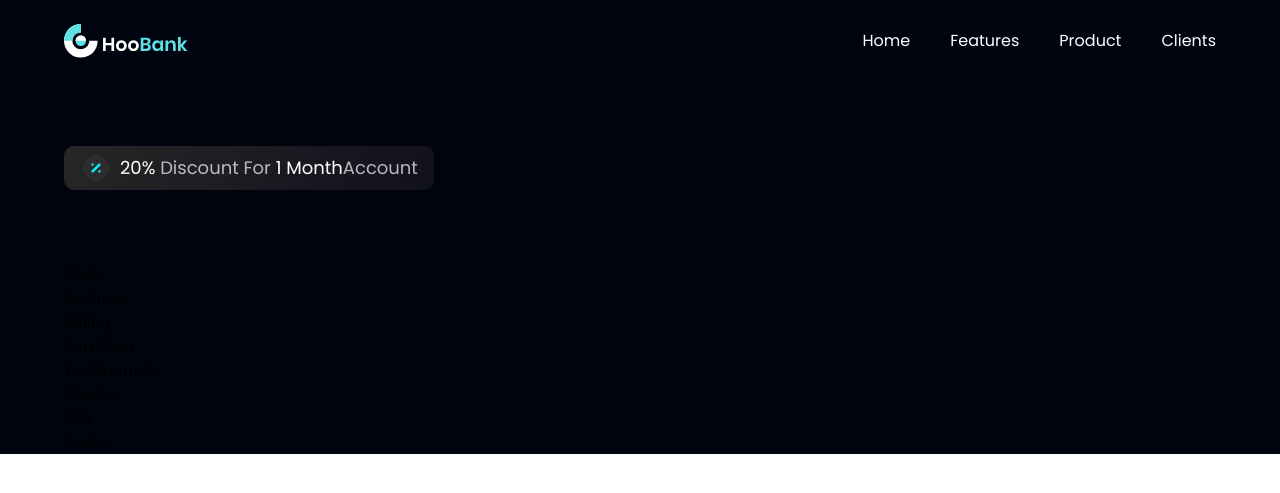
Repository: Carlito-Pedida/modern-app
Page: /
These files come from the project's save history. The page is drawn as it stood at one moment and after the next save; the edit follows.
The browser window is 1280 px wide. The pictures show the whole page.
The project was rebuilt for these pictures with package versions that can differ from the ones it lists, and the page was loaded fresh each time. Also part of the build but not shown: vite.config.js.

Above is the page before, as saved 2024-11-16 07:11:26.

### src/App.jsx
import styles from "./style";
import {
  Navbar,
  Billing,
  CardDeal,
  Business,
  Clients,
  CTA,
  Stats,
  Footer,
  Testimonials,
  Hero,
} from "./components";

const App = () =>  {
  return (
    <div className="bg-primary w-full overflow-hidden">
      <div className={`${styles.paddingX} ${styles.flexCenter}`}>
        <div className={`${styles.boxWidth}`}>
          <Navbar/>
        </div>
      </div>

      <div className={`bg-primary ${styles.flexStart}`}>
        <div className={`${styles.boxWidth}`}>
          <Hero/>
        </div>
      </div>

      <div className={`bg-primary ${styles.paddingX} ${styles.flexStart}`}>
        <div className={`${styles.boxWidth}`}>
          <Stats/>
          <Business/>
          <Billing/>
          <CardDeal/>
          <Testimonials/>
          <Clients/>
          <CTA/>
          <Footer/>
        </div>
      </div>

    </div>
  )
}

export default App

### src/style.js
const styles = {
  boxWidth: "xl:max-w-[1280px] w-full",

  heading2: "font-poppins font-semibold xs:text-[48px] text-[40px] text-white xs:leading-[76.8px] leading-[66.8px] w-full",
  paragraph: "font-poppins font-normal text-dimWhite text-[18px] leading-[30.8px]",

  flexCenter: "flex justify-center items-center",
  flexStart: "flex justify-center items-start",

  paddingX: "sm:px-16 px-6",
  paddingY: "sm:py-16 py-6",
  padding: "sm:px-16 px-6 sm:py-12 py-4",

  marginX: "sm:mx-16 mx-6",
  marginY: "sm:my-16 my-6",
};

export const layout = {
  section: `flex md:flex-row flex-col ${styles.paddingY}`,
  sectionReverse: `flex md:flex-row flex-col-reverse ${styles.paddingY}`,

  sectionImgReverse: `flex-1 flex ${styles.flexCenter} md:mr-10 mr-0 md:mt-0 mt-10 relative`,
  sectionImg: `flex-1 flex ${styles.flexCenter} md:ml-10 ml-0 md:mt-0 mt-10 relative`,

  sectionInfo: `flex-1 ${styles.flexStart} flex-col`,
};

export default styles;

### src/components/Navbar.jsx
import React from 'react';
import {useState} from "react";
import { close, logo, menu } from "../assets";
import {navLinks} from "../constants"

const Navbar = () => {
const [toggle, setToggle] = useState(false)

  return (
    <nav className="w-full flex py-6 justify-between items-center navbar">
      <img src={logo} alt='hoobank' className='w-[124px] h-[32px ]' />

      <ul className='list-none sm:flex hidden justify-end items-center flex-1'>
        { navLinks.map((nav, index) => (
          <li key={nav.id} className={`font-poppins font-normal cursor-pointer text-[16px] ${index === navLinks.length - 1 ? 'mr-0' : "mr-10"} text-white`}>
              <a href={`#${nav.id}`}>
                {nav.title}
              </a>
          </li>
        ))
        }
      </ul>

      <div className='sm:hidden flex flex-1 justify-end items-center'>
        <img src={toggle ? close : menu} alt='menu' className='w-[28px] h-[28px] object-contain' onClick={() => setToggle((prev) => !prev)} />

        <div className={`${toggle ? 'flex' : 'hidden'} p-6 bg-black-gradient absolute top-20 right-0 mx-4 my-2 min-w-[140px] rounded-xl sidebar`}>
        <ul className='list-none sm:flex flex-col justify-end items-center flex-1'>
        { navLinks.map((nav, index) => (
          <li key={nav.id} className={`font-poppins font-normal cursor-pointer text-[16px] ${index === navLinks.length - 1 ? 'mr-0' : "mb-4"} text-white`}>
              <a href={`#${nav.id}`}>
                {nav.title}
              </a>
          </li>
        ))
        }
      </ul>
        </div>
      </div>
    </nav>
  )
}

export default Navbar

### src/components/Hero.jsx
import styles from '../style'
import {discount, robot} from '../assets'

const Hero = () => (
    <section id='home' className={`flex md:flex flex-col ${styles.paddingY}`}>
        <div className={`flex-1 ${styles.flexStart} flex-col xl:px-0 sm:px-16`}>
      <div className='flex flex-row items-center py-[6px] px-4 bg-discount-gradient rounded-[10px] mb-2'>
        <img src={discount} alt='discount'
        className='w-[32px] h-[32px]' />
          <p className={`${styles.paragraph} ml-2`}>
          <span className='text-white'>20%</span> Discount For {" "}
          <span className='text-white'>1 Month</span>Account
        </p>
      </div>
        </div>
    </section>
  )


export default Hero

### src/assets/index.js
import airbnb from "./airbnb.png";
import bill from "./bill.png";
import binance from "./binance.png";
import card from "./card.png";
import coinbase from "./coinbase.png";
import dropbox from "./dropbox.png";
import logo from "./logo.svg";
import quotes from "./quotes.svg";
import robot from "./robot.png";
import send from "./Send.svg";
import shield from "./Shield.svg";
import star from "./Star.svg";
import menu from "./menu.svg";
import close from "./close.svg";
import google from "./google.svg";
import apple from "./apple.svg";
import arrowUp from "./arrow-up.svg";
import discount from "./Discount.svg";
import facebook from "./facebook.svg";
import instagram from "./instagram.svg";
import linkedin from "./linkedin.svg";
import twitter from "./twitter.svg";
import people01 from "./people01.png";
import people02 from "./people02.png";
import people03 from "./people03.png";

export {
  airbnb,
  bill,
  binance,
  card,
  coinbase,
  dropbox,
  logo,
  quotes,
  robot,
  send,
  shield,
  star,
  menu,
  close,
  google,
  apple,
  arrowUp,
  discount,
  facebook,
  instagram,
  linkedin,
  twitter,
  people01,
  people02,
  people03,
};

### src/constants/index.js
import { people01, people02, people03, facebook, instagram, linkedin, twitter, airbnb, binance, coinbase, dropbox, send, shield, star  } from "../assets";

export const navLinks = [
  {
    id: "home",
    title: "Home",
  },
  {
    id: "features",
    title: "Features",
  },
  {
    id: "product",
    title: "Product",
  },
  {
    id: "clients",
    title: "Clients",
  },
];

export const features = [
  {
    id: "feature-1",
    icon: star,
    title: "Rewards",
    content:
      "The best credit cards offer some tantalizing combinations of promotions and prizes",
  },
  {
    id: "feature-2",
    icon: shield,
    title: "100% Secured",
    content:
      "We take proactive steps make sure your information and transactions are secure.",
  },
  {
    id: "feature-3",
    icon: send,
    title: "Balance Transfer",
    content:
      "A balance transfer credit card can save you a lot of money in interest charges.",
  },
];

export const feedback = [
  {
    id: "feedback-1",
    content:
      "Money is only a tool. It will take you wherever you wish, but it will not replace you as the driver.",
    name: "Herman Jensen",
    title: "Founder & Leader",
    img: people01,
  },
  {
    id: "feedback-2",
    content:
      "Money makes your life easier. If you're lucky to have it, you're lucky.",
    name: "Steve Mark",
    title: "Founder & Leader",
    img: people02,
  },
  {
    id: "feedback-3",
    content:
      "It is usually people in the money business, finance, and international trade that are really rich.",
    name: "Kenn Gallagher",
    title: "Founder & Leader",
    img: people03,
  },
];

export const stats = [
  {
    id: "stats-1",
    title: "User Active",
    value: "3800+",
  },
  {
    id: "stats-2",
    title: "Trusted by Company",
    value: "230+",
  },
  {
    id: "stats-3",
    title: "Transaction",
    value: "$230M+",
  },
];

export const footerLinks = [
  {
    title: "Useful Links",
    links: [
      {
        name: "Content",
        link: "https://www.hoobank.com/content/",
      },
      {
        name: "How it Works",
        link: "https://www.hoobank.com/how-it-works/",
      },
      {
        name: "Create",
        link: "https://www.hoobank.com/create/",
      },
      {
        name: "Explore",
        link: "https://www.hoobank.com/explore/",
      },
      {
        name: "Terms & Services",
        link: "https://www.hoobank.com/terms-and-services/",
      },
    ],
  },
  {
    title: "Community",
    links: [
      {
        name: "Help Center",
        link: "https://www.hoobank.com/help-center/",
      },
      {
        name: "Partners",
        link: "https://www.hoobank.com/partners/",
      },
      {
        name: "Suggestions",
        link: "https://www.hoobank.com/suggestions/",
      },
      {
        name: "Blog",
        link: "https://www.hoobank.com/blog/",
      },
      {
        name: "Newsletters",
        link: "https://www.hoobank.com/newsletters/",
      },
    ],
  },
  {
    title: "Partner",
    links: [
      {
        name: "Our Partner",
        link: "https://www.hoobank.com/our-partner/",
      },
      {
        name: "Become a Partner",
        link: "https://www.hoobank.com/become-a-partner/",
      },
    ],
  },
];

export const socialMedia = [
  {
    id: "social-media-1",
    icon: instagram,
    link: "https://www.instagram.com/",
  },
  {
    id: "social-media-2",
    icon: facebook,
    link: "https://www.facebook.com/",
  },
  {
    id: "social-media-3",
    icon: twitter,
    link: "https://www.twitter.com/",
  },
  {
    id: "social-media-4",
    icon: linkedin,
    link: "https://www.linkedin.com/",
  },
];

export const clients = [
  {
    id: "client-1",
    logo: airbnb,
  },
  {
    id: "client-2",
    logo: binance,
  },
  {
    id: "client-3",
    logo: coinbase,
  },
  {
    id: "client-4",
    logo: dropbox,
  },
];

### tailwind.config.js
/** @type {import('tailwindcss').Config} */
module.exports = {
  content: ["./index.html", "./src/**/*.{js,jsx}"],
  mode: "jit",
  theme: {
    extend: {
      colors: {
        primary: "#00040f",
        secondary: "#00f6ff",
        dimWhite: "rgba(255, 255, 255, 0.7)",
        dimBlue: "rgba(9, 151, 124, 0.1)"
      },
      fontFamily: {
        poppins: ["Poppins", "sans-serif"]
      }
    },
    screens: {
      xs: "480px",
      ss: "620px",
      sm: "768px",
      md: "1060px",
      lg: "1200px",
      xl: "1700px"
    }
  },
  plugins: []
};

Loaded but not shown: index.html (common file); src/main.jsx (common file); src/index.css (common file); src/components/index.js (common file); src/components/Billing.jsx (common file); src/components/CardDeal.jsx (common file); src/components/Business.jsx (common file); src/components/Clients.jsx (common file); src/components/CTA.jsx (common file); src/components/Stats.jsx (common file); src/components/Footer.jsx (common file); src/components/Testimonials.jsx (common file)

After the next save:
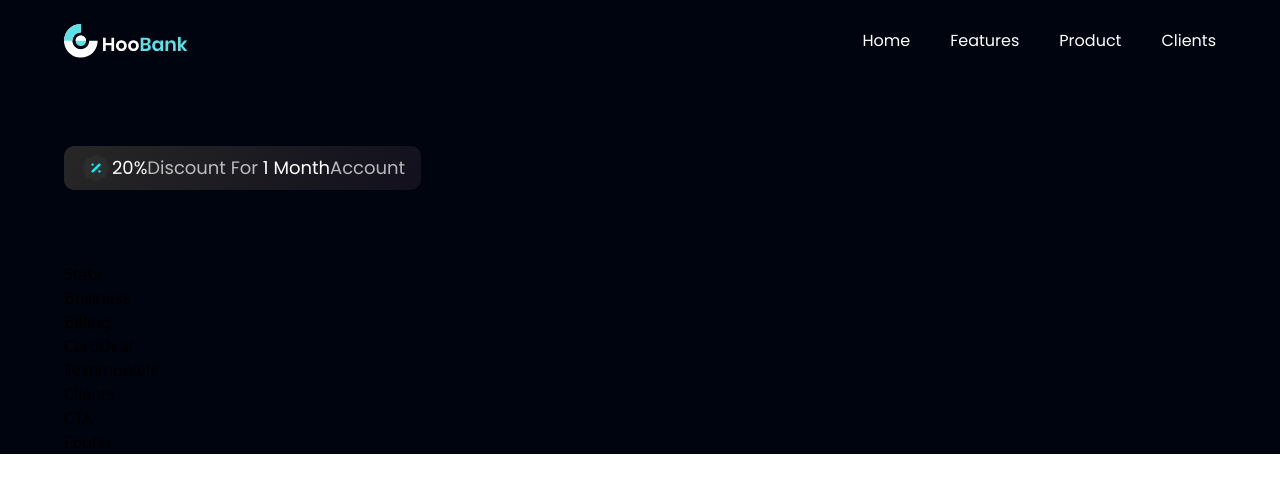
Saved 16 s later.
--- a/src/components/Hero.jsx
+++ b/src/components/Hero.jsx
@@ -7,9 +7,11 @@
       <div className='flex flex-row items-center py-[6px] px-4 bg-discount-gradient rounded-[10px] mb-2'>
         <img src={discount} alt='discount'
         className='w-[32px] h-[32px]' />
-          <p className={`${styles.paragraph} ml-2`}>
-          <span className='text-white'>20%</span> Discount For {" "}
-          <span className='text-white'>1 Month</span>Account
+          <p className={`${styles.paragraph}`}>
+          <span className='text-white'>20%</span>
+          Discount For {" "}
+          <span className='text-white'>1 Month</span>
+          Account
         </p>
       </div>
         </div>
